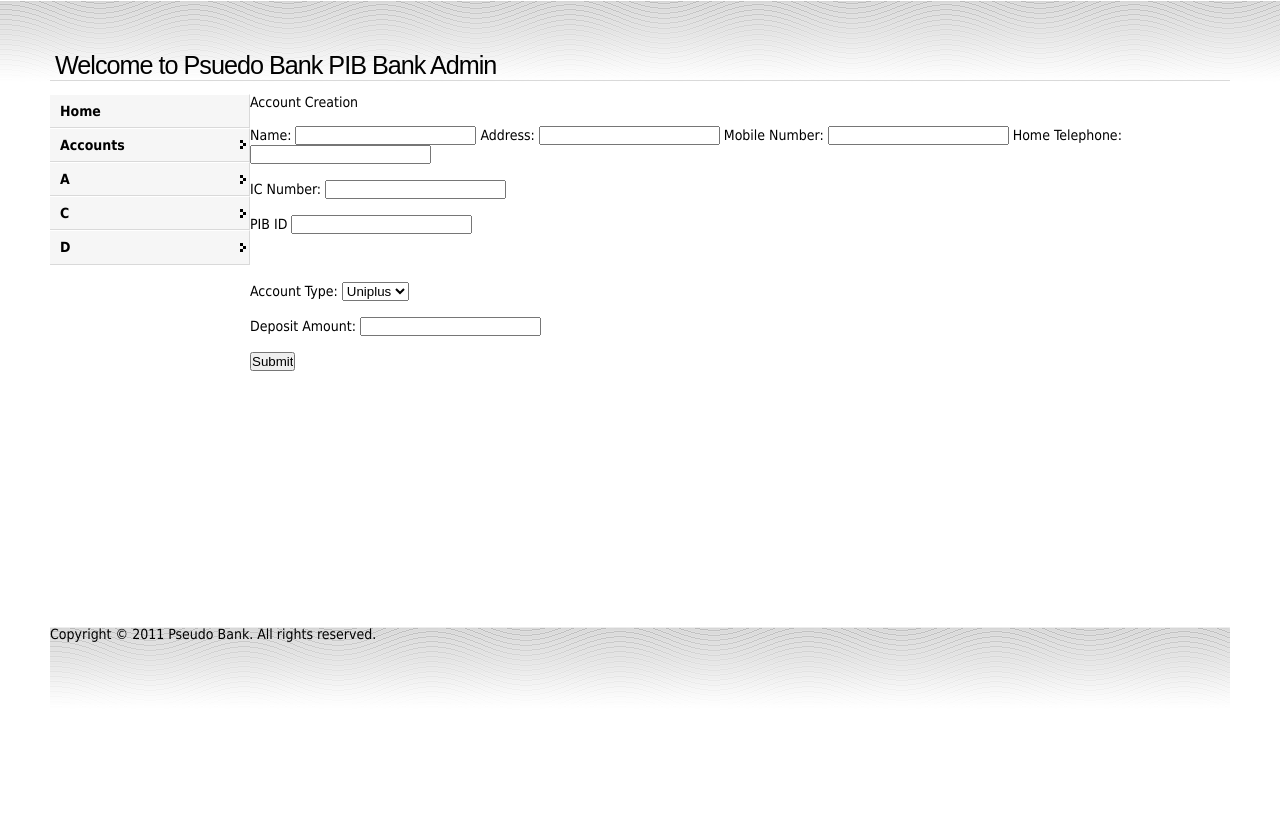
Repository: hareth12/Final-Year-Project
Page: http://localhost/bankAdmin/Account/accountCreation1.jsp
The author's editor kept a copy of each file at every save. The page is drawn from the files as they stood at one save, then again after the next save.
The browser window is 1280 px wide. The pictures show the whole page.
The page is served by Tomcat 9.

Above is the page before, as saved 2011-09-30 12:22:30.

After the next save:
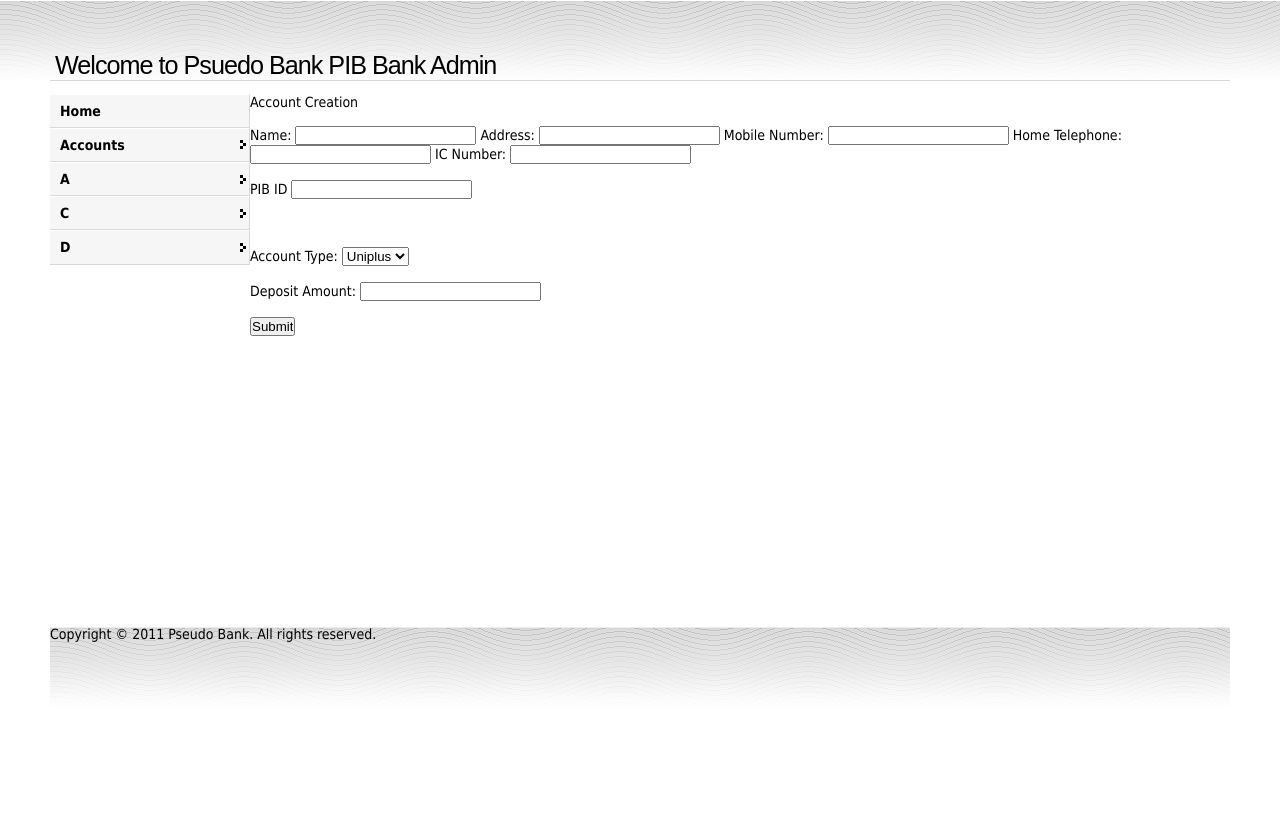
Saved 7 s later.
--- a/bankAdmin/WebContent/Account/accountCreation1.jsp
+++ b/bankAdmin/WebContent/Account/accountCreation1.jsp
@@ -77,7 +77,9 @@
 		Mobile Number: <input type="text" name="mobile" />
 		</tr>
 		<tr>
-		Home Telephone: <input type="text" name="home" /> <br></br>
+		Home Telephone: <input type="text" name="home" />
+		</tr>
+		<tr>
 		IC Number: <input type="text" name="icNumber" /> <br></br>
 		PIB ID <input type="text" name="idPib" /> <br></br>
 		<br></br>
